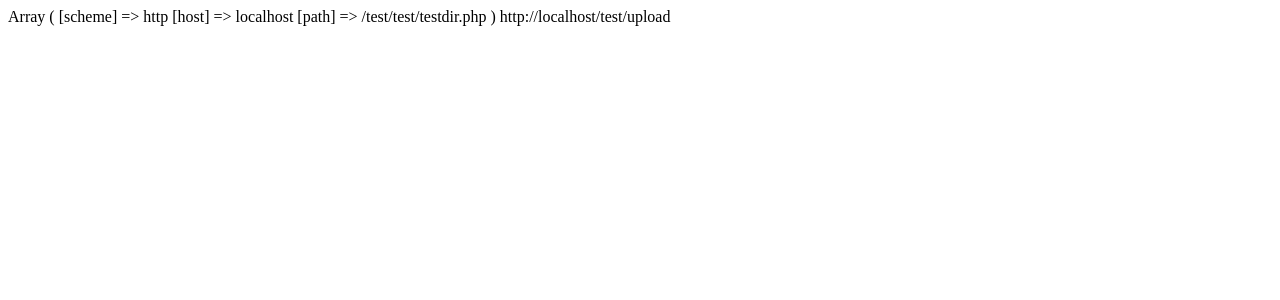
Repository: SolarHalo/dbe
Page: http://localhost/test/testdir.php
An editor plug-in stored every save of this project. The page is shown before and after the next save, followed by the edit.
The browser window is 1280 px wide. The pictures show the whole page.
The page is run by PHP 8.4 with error messages shown; the project is at /var/www/html/.

Above is the page before, as saved 2013-03-22 03:41:56.

After the next save:
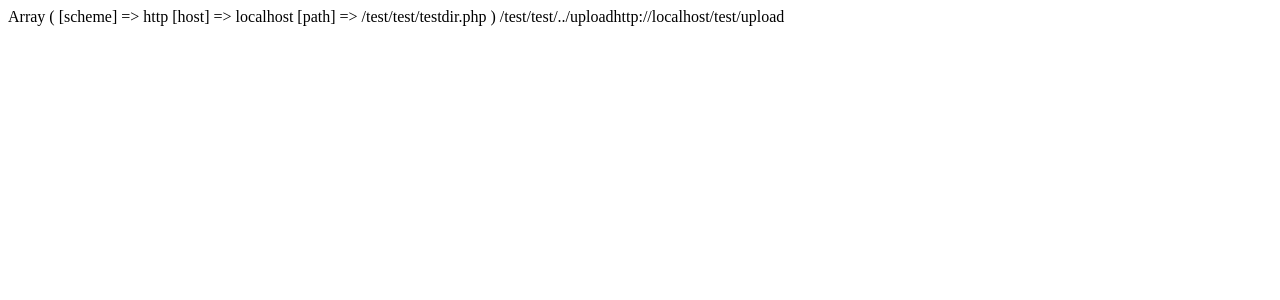
Saved 40 s later.
--- a/test/test/testdir.php
+++ b/test/test/testdir.php
@@ -19,6 +19,7 @@ function format_url($srcurl, $baseurl) {
   }else{
     $path = dirname($baseinfo['path']).'/'.$srcinfo['path'];
   }
+  echo $path;
   $rst = array();
   $path_array = explode('/', $path);
   if(!$path_array[0]) {
